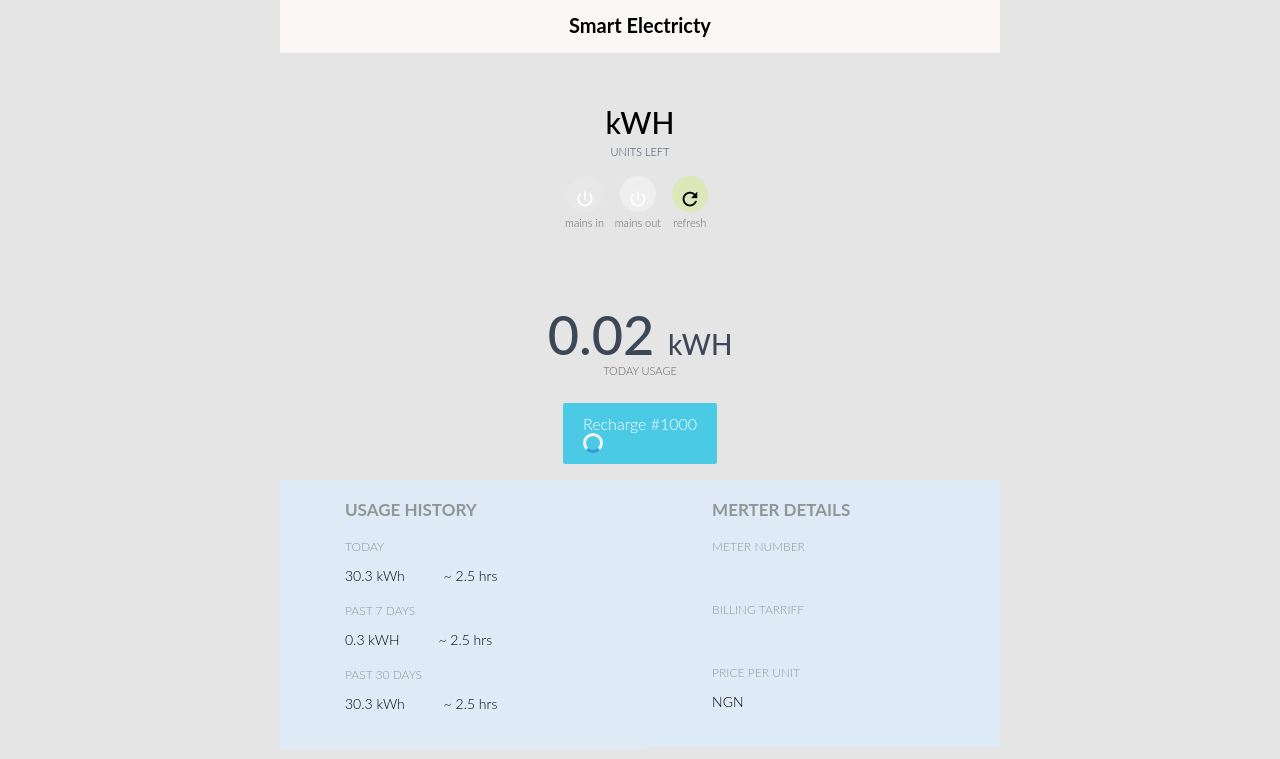
Repository: stefnnT/eko-smart-meter-hackathon
Page: subscriber.html
These files come from the project's save history. The page is drawn as it stood at one moment and after the next save; the edit follows.
The browser window is 1280 px wide. The pictures show the whole page.
The page's requests for data from a server got no answer. Some web libraries are served in a nearby version.

Above is the page before, as saved 2020-09-04 13:33:12.
Not found: assets/assets-for-demo/vertical-nav.css

### subscriber.html
<!DOCTYPE html>
<html lang="en">
  <head>
    <meta charset="utf-8" />
    <link rel="apple-touch-icon" sizes="76x76" href="assets/img/apple-icon.png">
    <!-- <link rel="icon" type="image/png" href="assets/img/favicon.png"> -->
    <meta http-equiv="X-UA-Compatible" content="IE=edge,chrome=1" />

    <title>Dashboard</title>

    <meta content='width=device-width, initial-scale=1.0, maximum-scale=1.0, user-scalable=0' name='viewport' />

    <!--     Fonts and icons     -->
    <link rel="stylesheet" type="text/css" href="https://fonts.googleapis.com/css?family=Roboto:300,400,500,700|Roboto+Slab:400,700|Material+Icons" />
    <link rel="stylesheet" href="https://maxcdn.bootstrapcdn.com/font-awesome/latest/css/font-awesome.min.css" />

    <!-- CSS Files -->
      <link href="assets/css/bootstrap.min.css" rel="stylesheet" />
      <link href="assets/css/material-kit.css?v=1.2.1" rel="stylesheet"/>

    <!-- CSS Just for demo purpose, don't include it in your project -->
      <link href="assets/assets-for-demo/vertical-nav.css" rel="stylesheet" />

      <link rel="stylesheet" href="style2.css">

  </head>

  <body class="">
    <div class="dashboard">
      <div class="dashboard__header">
          <div class="dashboard__hamburger">
              <!-- <img src="mdLabs.jpg"> -->
          </div>
          <div class="dashboard__title">
              Smart Electricty
          </div>
          <div class="dashboard__notifications">
              <!-- <img src="assets/images/notifications.png"> -->
          </div>
      </div>

      <div class="dashboard__summary">
          <div class="dashboard__percent">
              <span id="units-left" class="dashboard__percent-number">
                  <!-- 40 -->
              </span>
              <span class="dashboard__percent-symbol">
                  kWH
              </span>
          </div>
          <div class="dashboard__percent-sub">
              UNITS LEFT
          </div>
          <ul class="dashboard__summary-icons">
              <li class="dashboard__summary-icon-item">
                  <button disabled id="mains-in" class="dashboard__summary-icon">
                      <img src="assets/img/power.png">
                  </button>
                  <div class="dashboard__summary-text">
                    mains in
                  </div>

              </li>
              <li class="dashboard__summary-icon-item">
                <button id="mains-out" id="toggle-mains" class="dashboard__summary-icon">
                    <img src="assets/img/power.png">
                </button>
                <div class="dashboard__summary-text"  >
                    mains out
                </div>
              </li>

              <li class="dashboard__summary-icon-item">
                <button id="refresh" class="dashboard__summary-icon dashboard__summary-icon--bg-yellow"
                     ng-click="vm.refreshStatus()">
                      <img src="assets/img/refresh.png">
                </button>
                  <div class="dashboard__summary-text">
                      refresh
                  </div>
              </li>
          </ul>
      </div>

      <!-- <div class="dashboard__cta">
          <a class="app-btn app-btn--inverted" ng-click="vm.logout()">
            Logout
          </a>
      </div> -->

      <div class="profile">
        <div class="profile__header">
          <div class="profile__percent">
            <span id="day-usage">0.02 </span>
            <span class="profile__percent-symbol">kWH</span>
              </div>
              <div class="profile__percent-info">
                TODAY USAGE
              </div>
              <div class="dashboard__cta">
                <button class="app-btn" ui-sref="devices.map">
                    Recharge #1000
                    <div class="loader"></div>
                </button>
              </div>
          </div>
          <div class="grid pro ">
            <div class="profile__body">
              <ul class="profile__periods">
                  <li class="profile__period period">

                      <div class="period__duration duration">
                          <div class="duration__title">
                              USAGE HISTORY
                          </div>
                          <div class="duration__label">
                              TODAY
                          </div>
                          <div class="duration__slider">
                              <div class="duration__slider-value">
                                  30.3 kWh <span class="time">~ 2.5 hrs</span>
                              </div>
                          </div>
                          <div class="duration__label">
                              PAST 7 DAYS
                          </div>
                          <div class="duration__slider">
                              <div class="duration__slider-value">
                                  0.3 kWH <span class="time">~ 2.5 hrs</span>
                              </div>
                          </div>
                          <div class="duration__label">
                              PAST 30 DAYS
                          </div>
                          <div class="duration__slider">
                              <rzslider rz-slider-model="period.endTimeValue"
                                        rz-slider-options="period.options"></rzslider>
                              <div class="duration__slider-value">
                                  30.3 kWh <span class="time">~ 2.5 hrs</span>
                              </div>
                          </div>
                      </div>
                      <!-- <div class="period__state" ng-class="'period__state--' + period.theme"
                          ng-show="period.appliances.length === 0">
                          No Devices Added
                      </div>
                      <div class="period__appliances-wrapper" ng-hide="period.appliances.length === 0">
                          <div class="period__appliances-title">
                              Appliances
                          </div>
                          <ul class=period__appliances>
                              <li ng-repeat="appliance in period.appliances" class="period__appliance">
                                  <div class="period__appliance-block">
                                      {{appliance.name}} {{appliance.quantity}}
                                  </div>
                              </li>
                          </ul>
                          <div class="period__allocation-wrapper"
                              ng-class="'period__allocation-wrapper--' + period.theme">
                              <div class="period__allocation-title">
                                  TOTAL BATTERY ALLOCATED
                              </div>
                              <div class="period__allocation">
                                  {{period.percent}}%
                              </div>
                          </div>
                      </div> -->
                  </li>
              </ul>
            </div>
            <div class="profile__body">
                <ul class="profile__periods">
                    <li class="profile__period period">

                        <div class="period__duration duration">
                            <div class="duration__title">
                                MERTER DETAILS
                            </div>
                            <div class="duration__label">
                                METER NUMBER
                            </div>
                            <div class="duration__slider">
                              <div id="meter-number" class="duration__slider-value">
                                  <!-- 123456789 -->
                              </div>
                            </div>
                            <div class="duration__label">
                                BILLING TARRIFF
                            </div>
                            <div class="duration__slider">
                              <div id="billing-tarriff" class="duration__slider-value">
                                  <!-- Residential single phase -->
                              </div>
                            </div>
                            <div class="duration__label">
                                PRICE PER UNIT
                            </div>
                            <div class="duration__slider">
                              <div class="duration__slider-value">
                                  NGN <span id="unit-price"></span>
                              </div>
                            </div>
                        </div>
                        <!-- <div class="period__state" ng-class="'period__state--' + period.theme"
                            ng-show="period.appliances.length === 0">
                            No Devices Added
                        </div>
                        <div class="period__appliances-wrapper" ng-hide="period.appliances.length === 0">
                            <div class="period__appliances-title">
                                Appliances
                            </div>
                            <ul class=period__appliances>
                                <li ng-repeat="appliance in period.appliances" class="period__appliance">
                                    <div class="period__appliance-block">
                                        {{appliance.name}} {{appliance.quantity}}
                                    </div>
                                </li>
                            </ul>
                            <div class="period__allocation-wrapper"
                                ng-class="'period__allocation-wrapper--' + period.theme">
                                <div class="period__allocation-title">
                                    TOTAL BATTERY ALLOCATED
                                </div>
                                <div class="period__allocation">
                                    {{period.percent}}%
                                </div>
                            </div>
                        </div> -->
                    </li>
                </ul>
            </div>
          </div>
      </div>
    </div>
  </body>

  <script src="app2.js"></script>

</html>

Loaded but not shown: assets/css/bootstrap.min.css (library); assets/css/material-kit.css (library); app2.js (120 lines, source omitted); style2.css (941 lines, source omitted)

After the next save:
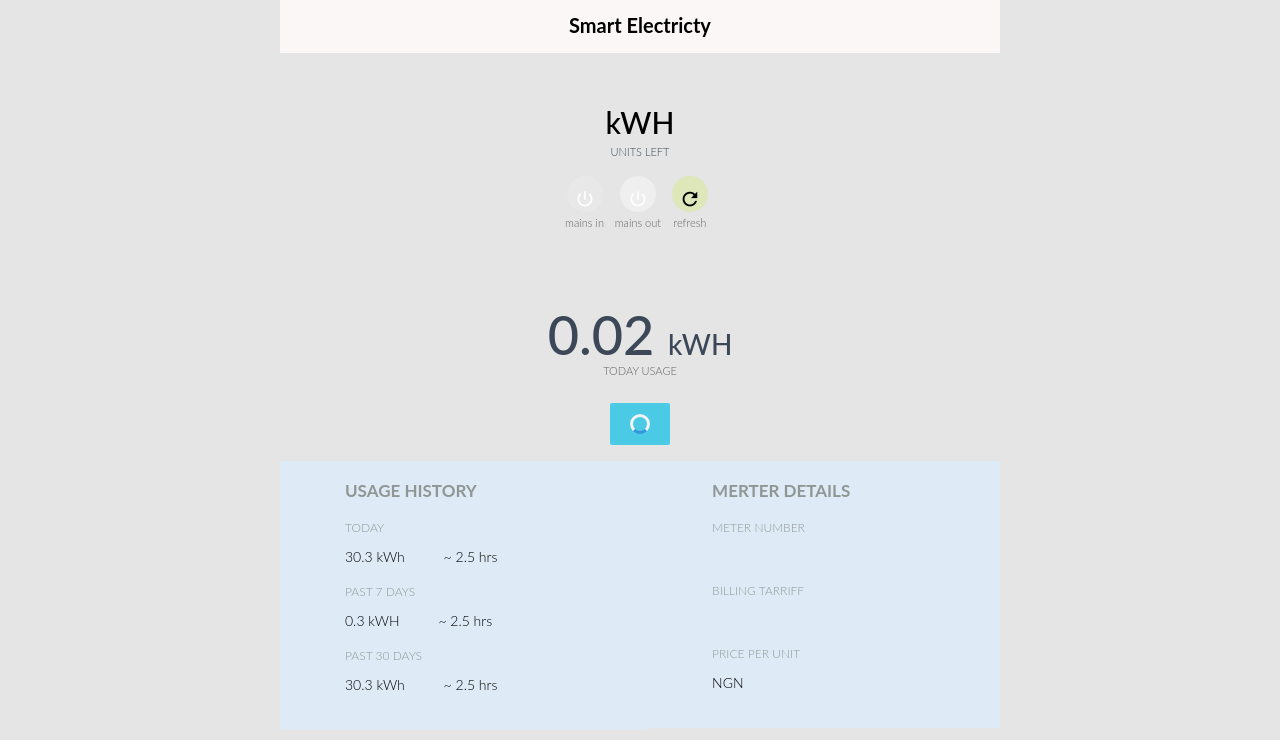
Saved 7 s later.
--- a/subscriber.html
+++ b/subscriber.html
@@ -99,7 +99,7 @@
               </div>
               <div class="dashboard__cta">
                 <button class="app-btn" ui-sref="devices.map">
-                    Recharge #1000
+                    <!-- Recharge #1000 -->
                     <div class="loader"></div>
                 </button>
               </div>

After the save that followed:
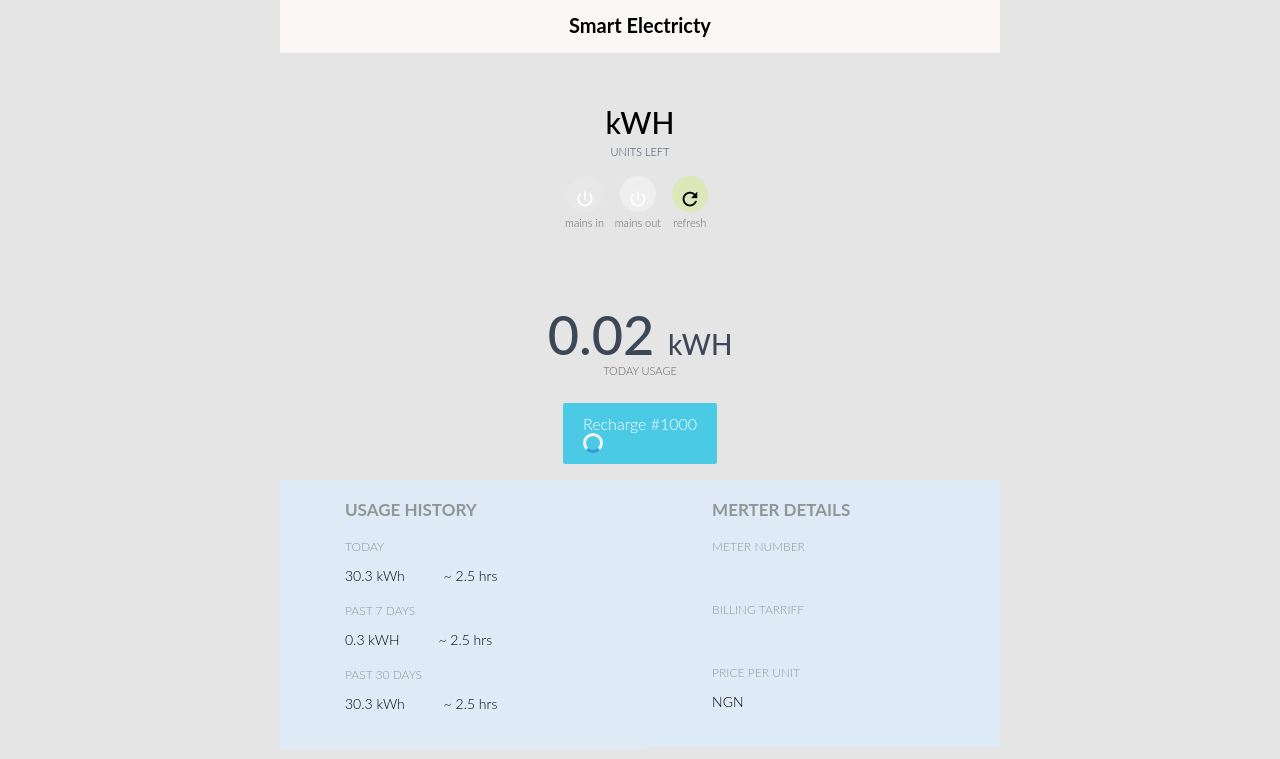
Saved 6 s later.
--- a/subscriber.html
+++ b/subscriber.html
@@ -99,7 +99,7 @@
               </div>
               <div class="dashboard__cta">
                 <button class="app-btn" ui-sref="devices.map">
-                    <!-- Recharge #1000 -->
+                    Recharge #1000
                     <div class="loader"></div>
                 </button>
               </div>
